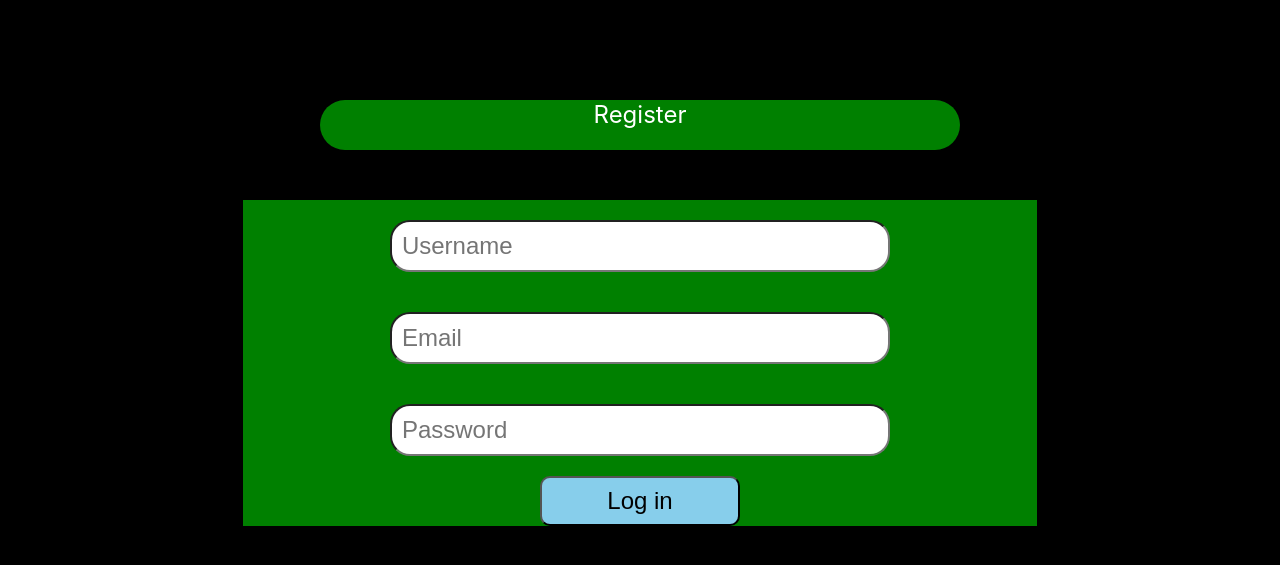
Repository: abhaysharma20233009/swiftKey
Page: /login (app in frontend/my-app/)
An editor plug-in stored every save of this project. The page is shown before and after the next save, followed by the edit.
The browser window is 1280 px wide. The pictures show the whole page.
The project was rebuilt for these pictures with package versions that can differ from the ones it lists, and the page was loaded fresh each time. Also part of the build but not shown: frontend/my-app/src/Swifts.js, frontend/my-app/src/Results.js.

Above is the page before, as saved 2024-10-10 20:00:46.

### frontend/my-app/src/App.js
//App.js

import './App.css';
import React from 'react';
import { BrowserRouter as Router, Route, Routes } from 'react-router-dom';
import Swift from './Swifts';
import Results from './Results';
import Login from './Login';
const App = () => {
    return (
        <Router>
			<div className="App">
            <Routes>
                <Route path="/" element={<Swift />} />
                <Route path="/results" element={<Results />} />
                <Route path="/login" element={<Login />} />
            </Routes>
			</div>
        </Router>
    );
};

export default App;

### frontend/my-app/src/App.css
.App {
  text-align: center;
  color:white;
}

body{
  background-color:black;
}

.log{
  color:black;
  margin-left: 10px;
  margin-right: 10px;
  background-color: skyblue;
  border-radius: 10px;
  height:50px;
  width:200px;
  justify-self: end;
  font-size: x-large;
}




.in{
  border-radius:20px;
  font-size: 24px;
  width: 60%;
  padding: 10px;
  margin: 20px 0;
}

.hea{
  margin-top: 100px;
  margin-bottom: 50px;
  margin-left:25%;
  background-color: lightgray;
  font-size: 24px;
  background-color:green;
  width:50%;
  height:50px;
  border-radius:30px;
  text-align: center;
}

.lo{
  text-align:center;
}
.Timer{
  height:50px;
  font-size:30px;
  margin-bottom: 10px;
  background-color:green;
  width:50px;
  margin-left:48%;
  border-radius: 15px;
}

.form{
  background-color:green;
  width:62%;
  margin-left:19%;
}

### frontend/my-app/src/Login.js
// Register.js
import React, { useState } from 'react';
import { useNavigate } from 'react-router-dom';
const Login = () => {
    const [username, setUsername] = useState('');
    const [email, setEmail] = useState('');
    const [password, setPassword] = useState('');

    const navigate = useNavigate();
    const fetchUser = async () => {
        try {
            await fetch('http://localhost:7000/login');

        } catch (error) {
            console.error('Error fetching messages:', error);
        }
    };

    const log = async () => {
        try {
            navigate('/', { state: { username,email } });
            const response = await fetch('http://localhost:7000/login', {
                method: 'POST',
                headers: {
                    'Content-Type': 'application/json',
                },
                body: JSON.stringify({ userName: username, email, password }),
            });

            if (!response.ok) {
                const errorData = await response.json();
                alert(errorData.message || errorData.error);
                return;
            }else{
                alert("user successfully registered");
            }
            // Reset fields
            setUsername('');
            setPassword('');

            // Navigate to Swifts with username

            await fetchUser();

        } catch (error) {
            console.error('Error login:', error);
        }
    }


    return (
        <div>
            <div  className='hea'>Register</div>
            <form className ="form">
                <input
                    className="in"
                    type="text"
                    placeholder="Username"
                    value={username}
                    onChange={(e) => setUsername(e.target.value)}
                    required
                />
                <br/>
                <input
                className="in"
                    type="email"
                    placeholder="Email"
                    value={email}
                    onChange={(e) => setEmail(e.target.value)}
                    required
                />
                <br/>
                <input

                className="in"
                    type="password"
                    placeholder="Password"
                    value={password}
                    onChange={(e) => setPassword(e.target.value)}
                    required
                />
                <br/>
                <button className="log" onClick={log}>Log in</button>
            </form>
        </div>
    );
};

export default Login;

Loaded but not shown: frontend/my-app/public/index.html (common file); frontend/my-app/src/index.js (common file); frontend/my-app/src/index.css (common file); frontend/my-app/src/reportWebVitals.js (common file)

After the next save:
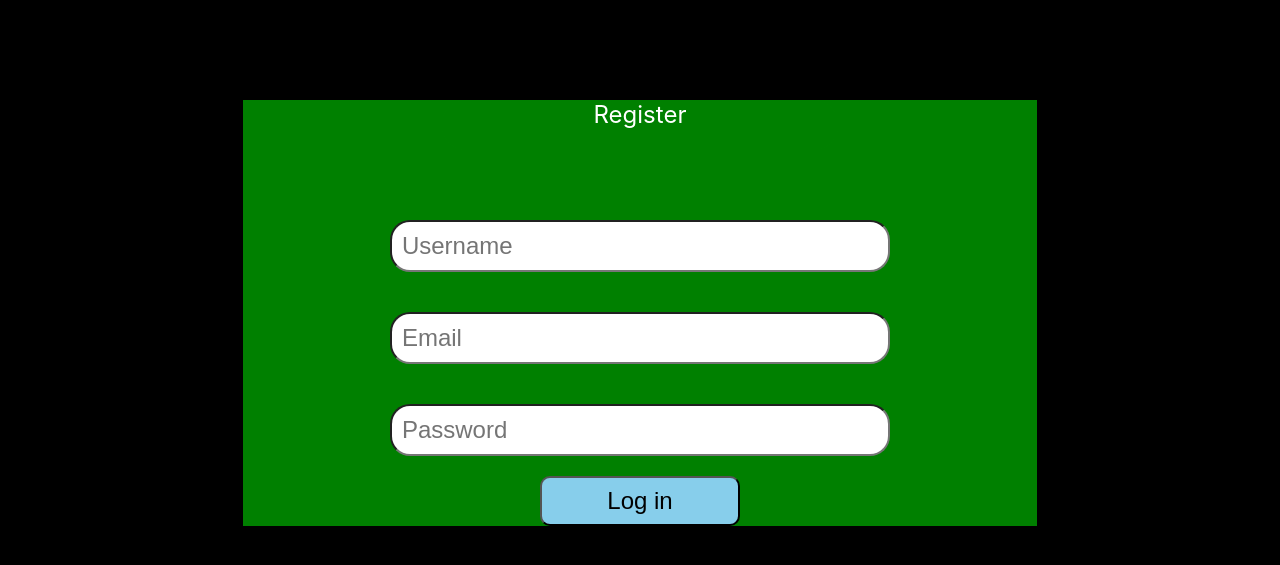
Saved 33 s later.
--- a/frontend/my-app/src/Login.js
+++ b/frontend/my-app/src/Login.js
@@ -50,8 +50,9 @@ const Login = () => {
 
     return (
         <div>
+
+            <form className ="form">
             <div  className='hea'>Register</div>
-            <form className ="form">
                 <input
                     className="in"
                     type="text"
